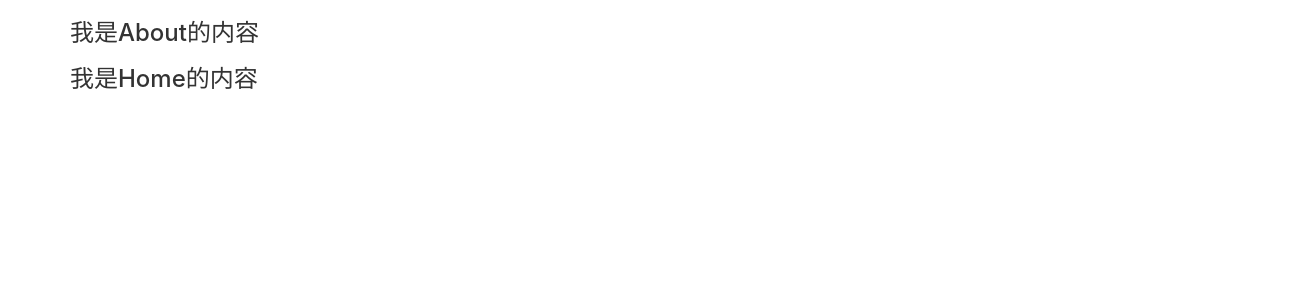
Repository: Shanshan67/React_a
Page: /
The author's editor kept a copy of each file at every save. The page is drawn from the files as they stood at one save, then again after the next save.
The browser window is 1280 px wide. The page is 1280 px wide, then 1295 px, so the pictures cover 1295 px, including what lies to the right of the window. The pictures show the whole page.
The project was rebuilt for these pictures with package versions that can differ from the ones it lists, and the page was loaded fresh each time.

Above is the page before, as saved 2022-12-07 14:45:49.

After the next save:
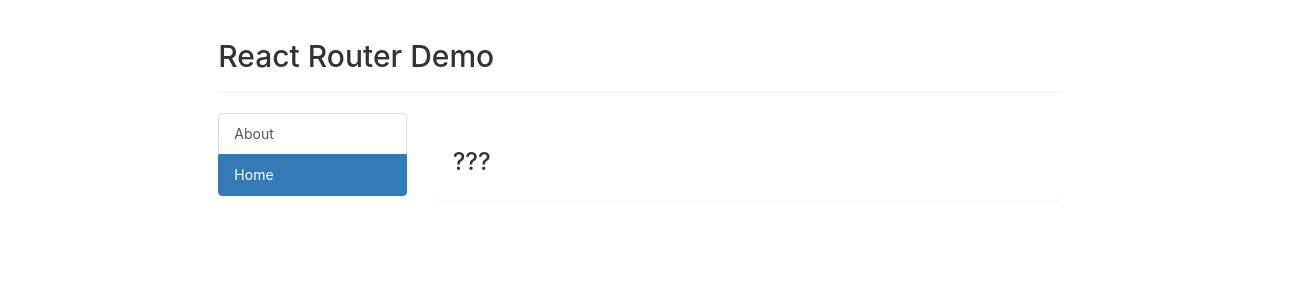
Saved 78 s later.
--- a/src/App.jsx
+++ b/src/App.jsx
@@ -6,9 +6,27 @@ export default class App extends Component {
   render() {
     //const {users} = this.state <List users={users}/>
     return (
-      <div className="container">
-        <About/>
-        <Home/>
+      <div>
+        <div class="row">
+          <div class="col-xs-offset-2 col-xs-8">
+            <div class="page-header"><h2>React Router Demo</h2></div>
+          </div>
+        </div>
+        <div class="row">
+          <div class="col-xs-2 col-xs-offset-2">
+            <div class="list-group">
+              <a class="list-group-item" href="./about.html">About</a>
+              <a class="list-group-item active" href="./home.html">Home</a>
+            </div>
+          </div>
+          <div class="col-xs-6">
+            <div class="panel">
+              <div class="panel-body">
+                <h3>???</h3>
+              </div>
+            </div>
+          </div>
+        </div>
       </div>
     )
   }
